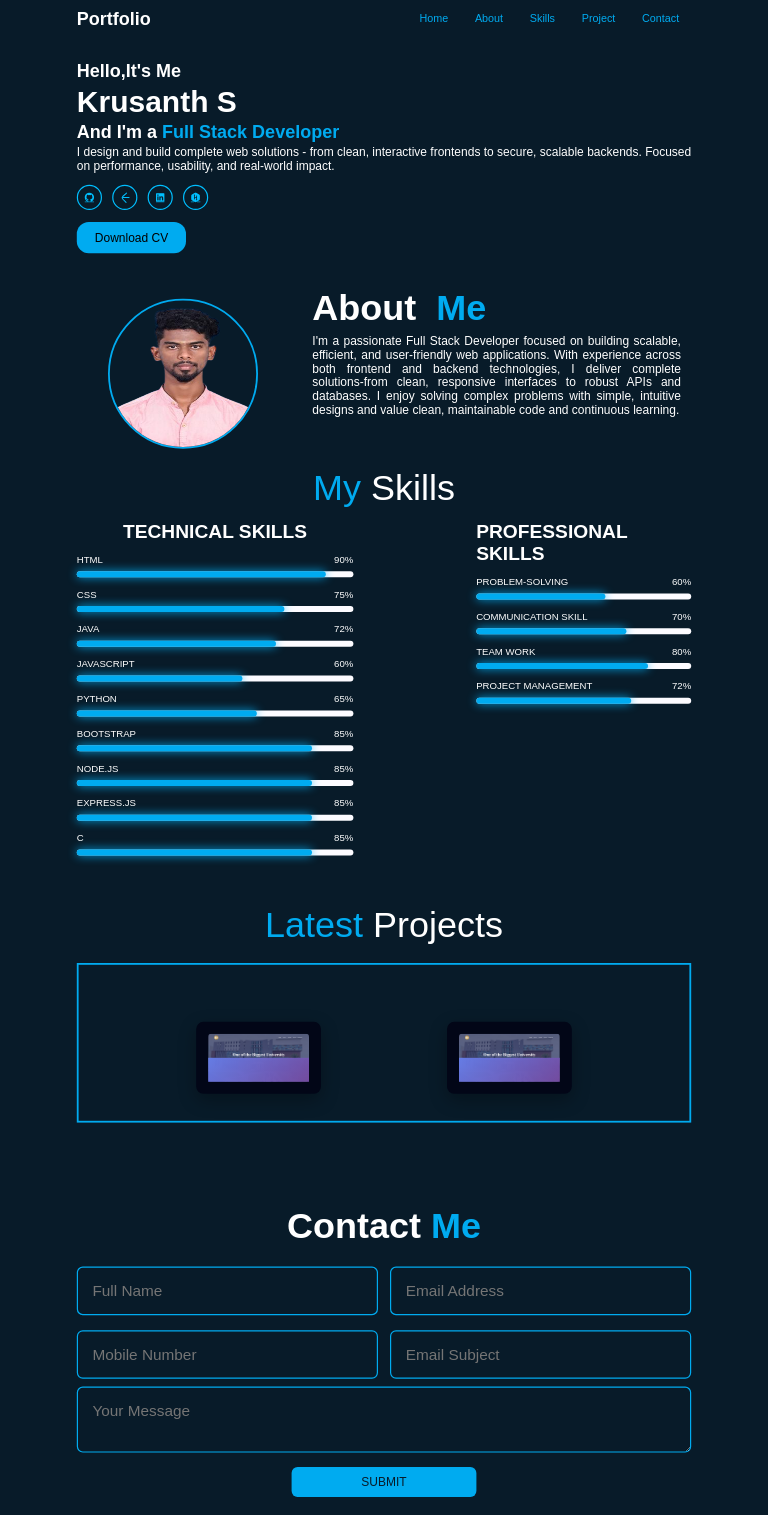
Repository: KrusanthS/PORTFOLIO-
Page: rough3.html
An editor plug-in stored every save of this project. The page is shown before and after the next save, followed by the edit.
The browser window is 1280 px wide. The pictures show the whole page, at 60% of full size.

Above is the page before, as saved 2026-02-10 17:53:19.

### rough3.html
<!DOCTYPE html>
<html lang="en">
<head>
    <meta charset="UTF-8">
    <meta name="viewport" content="width=device-width, initial-scale=1.0">
    <title>Portfolio</title>
    <link rel="stylesheet" href="index.css">
    <link rel="stylesheet" href="https://cdnjs.cloudflare.com/ajax/libs/font-awesome/6.7.2/css/all.min.css">

    <meta name="viewport" content="width=devics-width,initial-scale=1.0">
</head>
<body >
    <div class="head">
    <div id="home">
        <div class="container">

            <div class="nav-bar" id="navbar">
            <nav>
                <h1>Portfolio</h1>
                <ul id="sidemenu">
                   <li><a href="#home">Home</a></li>
                   <li><a href="#about">About</a></li>
                   <li><a href="#skills">Skills</a></li>
                   <li><a href="#projects">Project</a></li>
                   <li><a href="#contact">Contact</a></li>
                   <i class="fas fa-times" onclick="closemenu()"></i>
                </ul>

                <i class="fas fa-bars" onclick="openmenu()"></i>
            </nav>
            </div>
            <div class="header-text">
                <h3>Hello,It's Me</h3>
                <h1>Krusanth S</h1>
                <h3>And I'm a <span> Full Stack Developer</span> </h3>
                <p>I design and build complete web solutions - from clean, interactive frontends to secure, scalable backends. Focused on performance, usability, and real-world impact.</p>
                <div class="social-media">

<div class="social-icons">
  <a href="https://github.com/KrusanthS" target="_blank" data-tooltip="GitHub">
    <i class="fa-brands fa-github"></i>
  </a>

  <a href="https://leetcode.com/u/SKrusanth/" target="_blank" data-tooltip="LeetCode">
    <svg xmlns="http://www.w3.org/2000/svg" viewBox="0 0 24 24" width="20" height="20" fill="none">
      <path d="M15.5 3.5L7.8 10.2C6.4 11.6 6.4 13.8 7.8 15.2L14.5 21.9"
        stroke="currentColor" stroke-width="2" stroke-linecap="round" stroke-linejoin="round"/>
      <path d="M7.5 12H20.5"
        stroke="currentColor" stroke-width="2" stroke-linecap="round"/>
    </svg>
  </a>

  <a href="https://www.linkedin.com/in/s-krusanth-b74ba3355/" target="_blank" data-tooltip="LinkedIn">
    <i class="fa-brands fa-linkedin"></i>
  </a>

  <a href="https://www.hackerrank.com/dashboard" data-tooltip="HackerRank">
    <i class="fa-brands fa-hackerrank"></i>
  </a>
</div>






                 </div>
                 <a href="images/krusanthS.pdf" alt="rusume" download="" class="cv" >Download CV</a>
            </div>
        </div>
    </div>

                                <!-- ABOUT ME -->

 <div class="about" id="about">
        <div class="container">
            <div class="row">
                <div class="about-col-1">
                    <img src="images/profile-pic.jpg" alt="profile">
                </div>
                <div class="about-col-2">
                   <h1>About&nbsp; <span>Me</span></h1>
                   <p>I'm a passionate Full Stack Developer focused on building scalable, efficient, and user-friendly web applications. With experience across both frontend and backend technologies, I deliver complete solutions-from clean, responsive interfaces to robust APIs and databases. I enjoy solving complex problems with simple, intuitive designs and value clean, maintainable code and continuous learning.</p>
            </div>
        </div>
    </div>
    </div>

                               <!-- SKILLS -->
    <div class="skill">
            <div class="main-head"> <span>My </span> &nbsp;Skills </h1></div>

    <div class="skill-main" id="skills">

        <div class="skill-left">
           <h3>TECHNICAL SKILLS</h3>
           <div class="skill-bar">
            <p>HTML</p>
            <P>90%</P>
           </div>
           <div class="bar">
            <span class="html"></span>
           </div>

           <div class="skill-bar">
            <p>CSS</p>
            <P>75%</P>
           </div>
           <div class="bar">
            <span class="css"></span>
           </div>

           <div class="skill-bar">
            <p>JAVA</p>
            <P>72%</P>
           </div>
           <div class="bar">
            <span class="java"></span>
           </div>

           <div class="skill-bar">
            <p>JAVASCRIPT</p>
            <P>60%</P>
           </div>
           <div class="bar">
            <span class="javascript"></span>
           </div>

           <div class="skill-bar">
            <p>PYTHON</p>
            <P>65%</P>
           </div>
           <div class="bar">
            <span class="python"></span>
           </div>

           <div class="skill-bar">
            <p>BOOTSTRAP</p>
            <P>85%</P>
           </div>
           <div class="bar">
            <span class="bootstrap"></span>
           </div>








          <div class="skill-bar">
            <p>NODE.JS</p>
            <P>85%</P>
           </div>
           <div class="bar">
            <span class="bootstrap"></span>
           </div>

           <div class="skill-bar">
            <p>EXPRESS.JS</p>
            <P>85%</P>
           </div>
           <div class="bar">
            <span class="bootstrap"></span>
           </div>
           <div class="skill-bar">
            <p>C</p>
            <P>85%</P>
           </div>
           <div class="bar">
            <span class="bootstrap"></span>
           </div>


        </div>
        <div class="skill-right">
           <h3>PROFESSIONAL SKILLS</h3>
           <div class="skill-bar">
            <p>PROBLEM-SOLVING</p>
            <P>60%</P>
           </div>
           <div class="bar">
            <span class="problem-solving"></span>
           </div>

           <div class="skill-bar">
            <p>COMMUNICATION SKILL</p>
            <P>70%</P>
           </div>
           <div class="bar">
            <span class="communication-skill"></span>
           </div>

           <div class="skill-bar">
            <p>TEAM WORK</p>
            <P>80%</P>
           </div>
           <div class="bar">
            <span class="team-work"></span>
           </div>

           <div class="skill-bar">
            <p>PROJECT MANAGEMENT</p>
            <P>72%</P>
           </div>
           <div class="bar">
            <span class="project-management"></span>
           </div>

        </div>
    </div>

               <!-- ----PROJECTS----- -->
    <div id="projects">

       <div class="container">
            <div class="main-head"> <span>Latest </span> &nbsp;Projects </h1></div>

            <div class="sub-container">
                <div class="row">
                   <div class="col-12 col-md-6 col-lg-4 col-xl-4">
                     <!-- <a href="https://krusanths.github.io/krusanthPortfolio/">
                     <img src="images/dsu-project.png" alt="project-management">
                     </a> -->


             <div class="card">
                <div class="imgbox">
                    <img src="images/dsu-project.png" alt="Project 3">
                    <div class="overlay">
                        <h3>Project 3</h3>
                        <p>AI-powered chat application with Next.js and Socket.io. Includes user auth and message encryption.</p>
                        <div class="links">
                            <a href="https://krusanths.github.io/My-portfolio/">Live Demo</a>
                            <a href="https://gist.github.com/KrusanthS/5fd56789ad429846925a387a535bee06">GitHub</a>
                        </div>
                    </div>
                </div>
            </div>



                </div>

                <!-- <div class="col-12  col-md-6 col-lg-4 col-xl-4">
                     <div class="card">
                <div class="imgbox">
                    <img src="images/dsu-project.png" alt="Project 3">
                    <div class="overlay">
                        <h3>Project 3</h3>
                        <p>AI-powered chat application with Next.js and Socket.io. Includes user auth and message encryption.</p>
                        <div class="links">
                            <a href="#">Live Demo</a>
                            <a href="#">GitHub</a>
                        </div>
                    </div>
                </div>
            </div>
                </div> -->

                <!-- <div class="col-12  col-md-6 col-lg-4 col-xl-4">
                      <div class="card">
                <div class="imgbox">
                    <img src="images/dsu-project.png" alt="Project 3">
                    <div class="overlay">
                        <h3>Project 3</h3>
                        <p>AI-powered chat application with Next.js and Socket.io. Includes user auth and message encryption.</p>
                        <div class="links">
                            <a href="#">Live Demo</a>
                            <a href="#">GitHub</a>
                        </div>
                    </div>
                </div>
            </div>
                </div> -->

                <!-- <div class="col-12  col-md-6 col-lg-4 col-xl-4">
                      <div class="card">
                <div class="imgbox">
                    <img src="images/dsu-project.png" alt="Project 3">
                    <div class="overlay">
                        <h3>Project 3</h3>
                        <p>AI-powered chat application with Next.js and Socket.io. Includes user auth and message encryption.</p>
                        <div class="links">
                            <a href="#">Live Demo</a>
                            <a href="#">GitHub</a>
                        </div>
                    </div>
                </div>
            </div>
                </div> -->

                <!-- <div class="col-12  col-md-6 col-lg-4  col-xl-4">
                      <div class="card">
                <div class="imgbox">
                    <img src="images/dsu-project.png" alt="Project 3">
                    <div class="overlay">
                        <h3>Project 3</h3>
                        <p>AI-powered chat application with Next.js and Socket.io. Includes user auth and message encryption.</p>
                        <div class="links">
                            <a href="#">Live Demo</a>
                            <a href="#">GitHub</a>
                        </div>
                    </div>
                </div>
            </div>
                </div> -->

                <div class="col-12  col-md-6 col-lg-4  col-lg-4 col-lg-4">
                      <div class="card">
                <div class="imgbox">
                    <img src="images/dsu-project.png" alt="Project 3">
                    <div class="overlay">
                        <h3>Project 3</h3>
                        <p>AI-powered chat application with Next.js and Socket.io. Includes user auth and message encryption.</p>
                        <div class="links">
                            <a href="#">Live Demo</a>
                            <a href="#">GitHub</a>
                        </div>
                    </div>
                </div>
            </div>
                </div>

            </div>
        </div>
    </div>
</div>

<section class="contact" id="contact">
    <form action="">
    <h1>Contact <span>Me</span></h1>
    <div class="input-box">
        <div class="input-field">
            <input type="text" placeholder="Full Name" required>
        </div>

        <div class="input-field">
            <input type="email" placeholder="Email Address" required>
        </div>
    </div>

    <div class="input-box">
        <div class="input-field">
            <input type="tel" placeholder="Mobile Number" required>
        </div>

        <div class="input-field">
            <input type="text" placeholder="Email Subject" required>
        </div>
    </div>

    <div class="text-field">
        <textarea name="" id="" placeholder="Your Message" required></textarea>

    </div>
    <button type="submit">SUBMIT</button>
    </form>
</section>


<script>
    var sidemenu = document.getElementById("sidemenu");

    function openmenu(){
        sidemenu.style.right = "0";
    }

    function closemenu(){
        sidemenu.style.right = "-200px";
    }

              // PROJECT CARDS EFFECT

        //     document.querySelectorAll('.card').forEach(card => {
        //     card.addEventListener('mouseenter', () => {
        //         // Optional: Add overlay or particle effect
        //         card.style.background = 'linear-gradient(135deg, #f5f7fa 0%, #c3cfe2 100%)';
        //     });

        //     card.addEventListener('mouseleave', () => {
        //         card.style.background = 'white';
        //     });
        // });
</script>




</body>
</html>

Loaded but not shown: index.css (976 lines, source omitted)

After the next save:
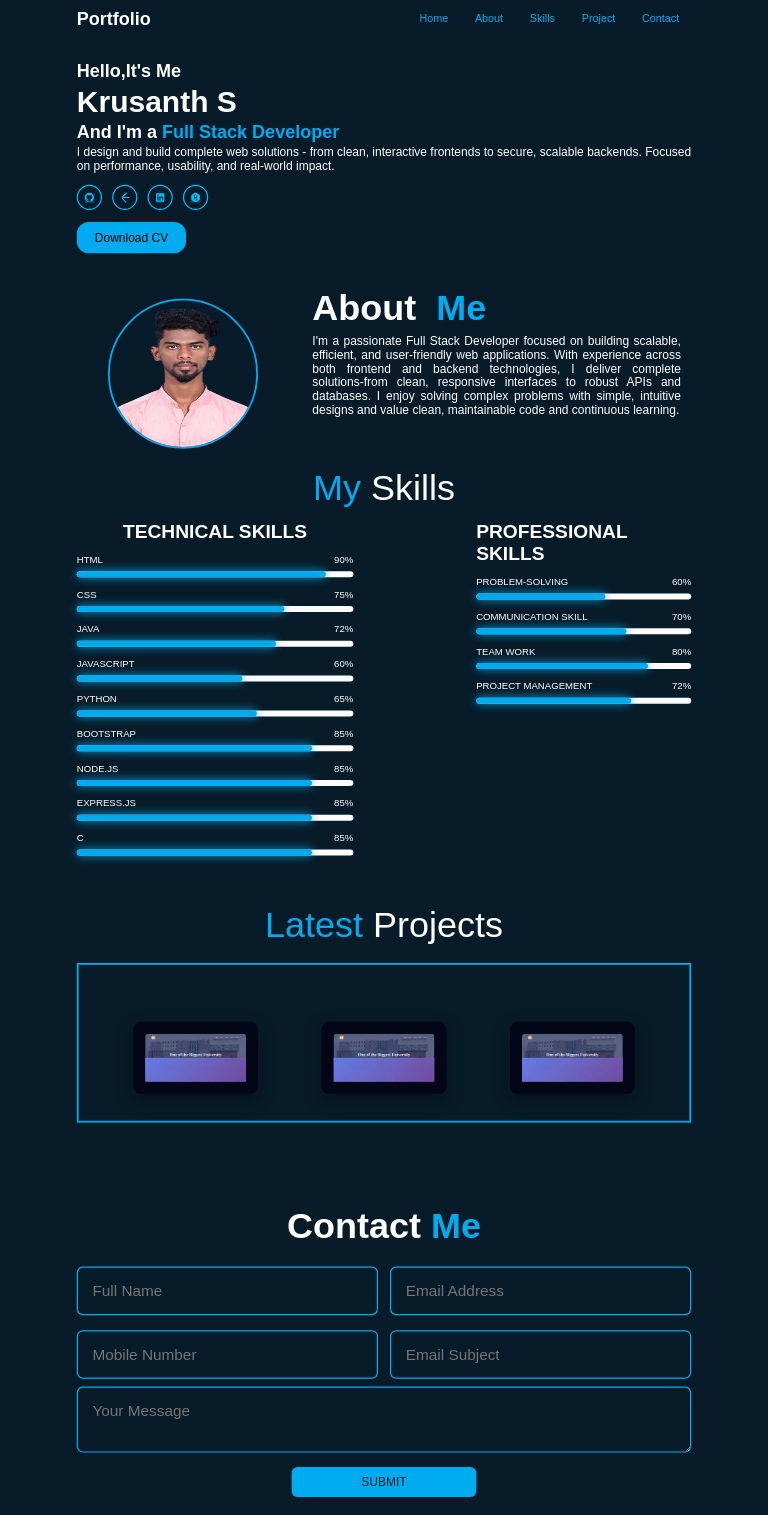
Saved 6 s later.
--- a/rough3.html
+++ b/rough3.html
@@ -291,7 +291,7 @@
             </div>
                 </div> -->
 
-                <!-- <div class="col-12  col-md-6 col-lg-4  col-xl-4">
+                <div class="col-12  col-md-6 col-lg-4  col-xl-4">
                       <div class="card">
                 <div class="imgbox">
                     <img src="images/dsu-project.png" alt="Project 3">
@@ -305,7 +305,7 @@
                     </div>
                 </div>
             </div>
-                </div> -->
+                </div>
 
                 <div class="col-12  col-md-6 col-lg-4  col-lg-4 col-lg-4">
                       <div class="card">
